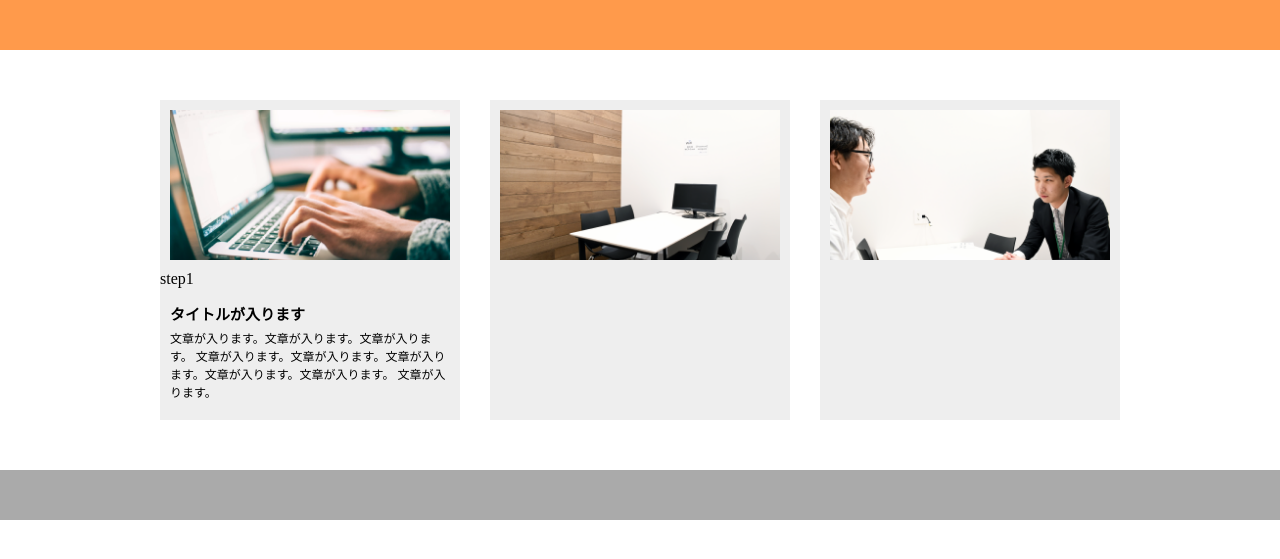
Repository: chihuyu3369/curriculum
Page: chapter9/index.html
The author's editor kept a record of every edit. The page is drawn from the files as they stood at one moment, then again after the next edit.
The browser window is 1280 px wide. The pictures show the whole page.

Above is the page before.

### chapter9/index.html
<!DOCTYPE html>
<html lang="ja">
  <head>
    <meta charset="UTF-8" />
    <!-- CSSファイルの読み込み -->
    <link rel="stylesheet" href="style.css" />
    <title>chapter9</title>
  </head>

  <body>
    <header>
     <div class="header"></div>
    </header>

  <main>
    <div class="main-visual">
      <div class="main-visual-img"></div>
      <span class="step">step1</span>
      <h3 class="title">タイトルが入ります</h3>
      <p class="text">文章が入ります。文章が入ります。文章が入りま<br>す。
      文章が入ります。文章が入ります。文章が入り<br>ます。文章が入ります。文章が入ります。
      文章が入<br>ります。</p>


    </div>


    <div class="main-visual2">
      <div class="main-visual-img2"></div>


    </div>


    <div class="main-visual3">
      <div class="main-visual-img3"></div>



    </div>

  </main>
  <footer>
    <div class="footer"></div>
  </footer>
  </body>
  </html>

### chapter9/style.css
* {
  margin: 0;
  padding: 0;
  box-sizing: border-box;
}

.header {
  width; 100%;
  height: 50px;
  background-color: #FF9A4B;
}

main {
  width: 960px;
  margin: 50px auto;
  display: flex;
}


.main-visual {
  width: 300px;
  height: 320px;
  position: relative;
  background-color: #EEEEEE;
}

.main-visual2 {
  width: 300px;
  height: 320px;
  margin-left: 30px;
   position: relative;
  background-color: #EEEEEE;
}


.main-visual3 {
  width: 300px;
  height: 320px;
  margin-left: 30px;
   position: relative;
  background-color: #EEEEEE;
}



.main-visual-img {
  width: 280px;
  height: 150px;
  margin: 10px;
  background-image: url(img/flow01.png);
  background-size: cover;
  background-position: center;
}

.main-visual-img2 {
  width: 280px;
  height: 150px;
  margin: 10px;
  background-image: url(img/flow02.png);
  background-size: cover;
  background-position: center;
}

.main-visual-img3 {
  width: 280px;
  height: 150px;
  margin: 10px;
  background-image: url(img/flow03.png);
  background-size: cover;
  background-position: center;
}

.step-n {
  position: absolute;
  top: 0;
  left: 0;
  background-color: #FF9A4B;
  color: #fff;
}

.title {
  margin-left: 10px;
  margin-top: 15px;
  font-size: 15px;
}

.text {
  margin-top: 5px;
  margin-left: 10px;
  font-size: 12px;
}


.footer {
  width; 1100px;
  height: 50px;
  background-color: #AAAAAA;
}

After the next edit:
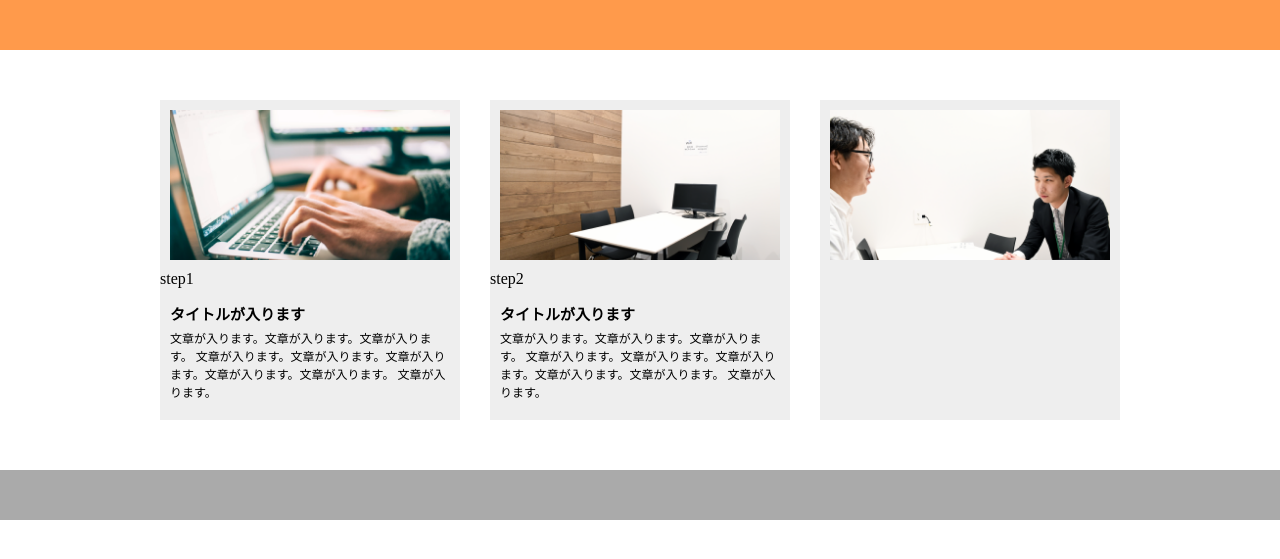
The edit:
--- a/chapter9/index.html
+++ b/chapter9/index.html
@@ -27,6 +27,12 @@
 
     <div class="main-visual2">
       <div class="main-visual-img2"></div>
+      <span class="step">step2</span>
+      <h3 class="title">タイトルが入ります</h3>
+      <p class="text">文章が入ります。文章が入ります。文章が入りま<br>す。
+      文章が入ります。文章が入ります。文章が入り<br>ます。文章が入ります。文章が入ります。
+      文章が入<br>ります。</p>
+
 
 
     </div>
